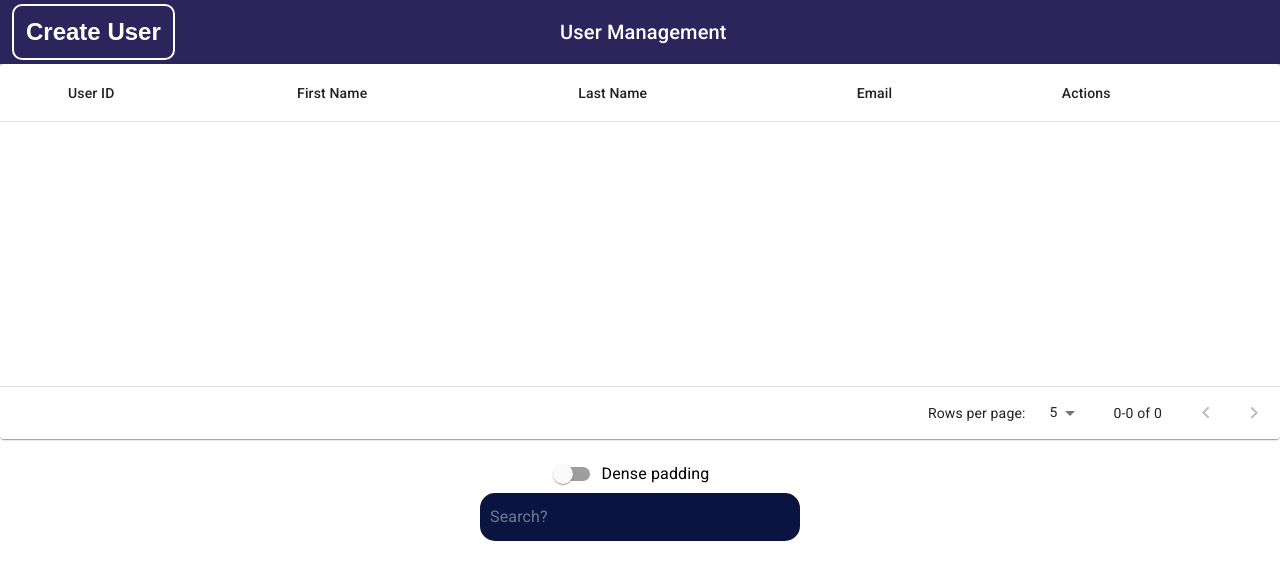
Repository: ginkakuzmanova/simple-user-management-system
Page: / (app in user-management-system/)
These files come from the project's save history. The page is drawn as it stood at one moment and after the next save; the edit follows.
The browser window is 1280 px wide. The pictures show the whole page.
The project was rebuilt for these pictures with package versions that can differ from the ones it lists, and the page was loaded fresh each time. Also part of the build but not shown: user-management-system/src/components/FormHeader.js, user-management-system/src/validation/userSchema.js, user-management-system/src/pages/users/UserEditForm.js, user-management-system/src/pages/users/UsersEditing.js, user-management-system/src/components/Notification.js, user-management-system/src/pages/users/UserForm.js, user-management-system/src/pages/users/UsersAddition.js.

Above is the page before, as saved 2020-10-31 13:51:39.

After the next save:
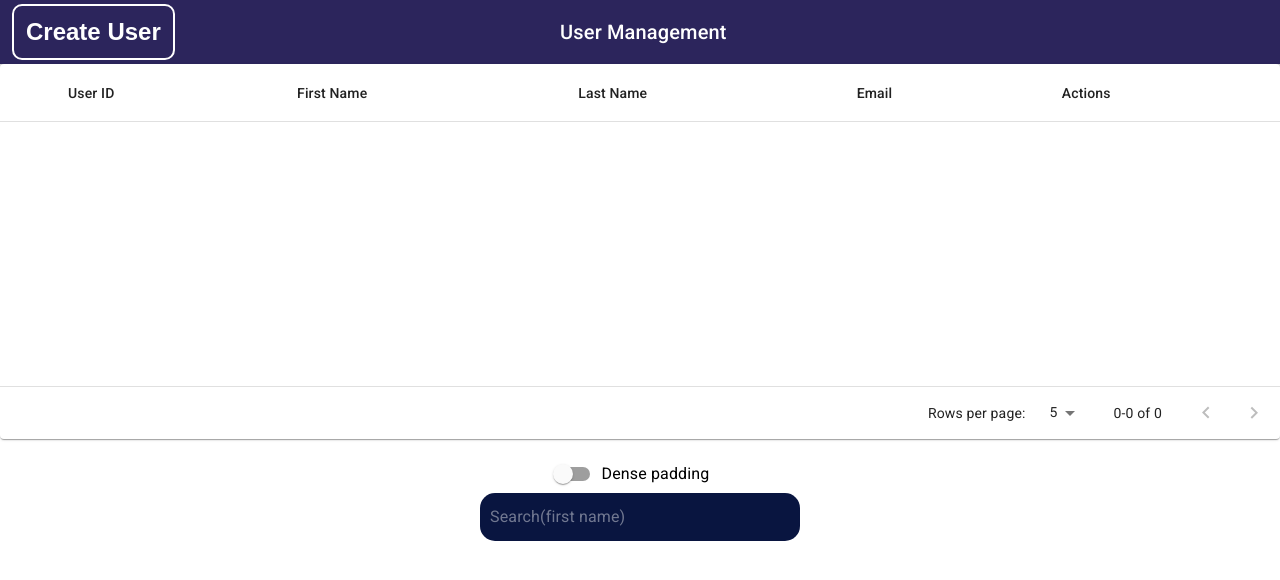
Saved 15 s later.
--- a/user-management-system/src/pages/users/UsersList.js
+++ b/user-management-system/src/pages/users/UsersList.js
@@ -333,7 +333,7 @@ export default function EnhancedTable() {
         label='Dense padding'
       />
       <InputBase
-        placeholder='Search?'
+        placeholder='Search(first name)'
         style={{
           display: "block",
           width: "25%",
